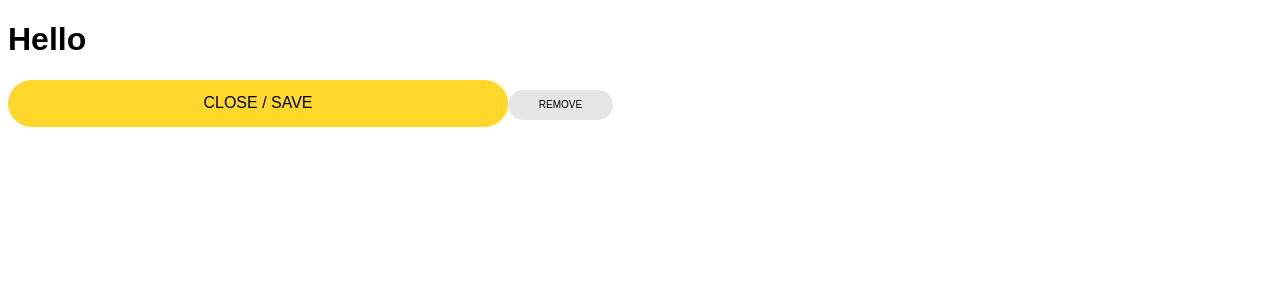
Repository: hanss007/fav-note
Page: /
An editor plug-in stored every save of this project. The page is shown before and after the next save, followed by the edit.
The browser window is 1280 px wide. The pictures show the whole page.
The project was rebuilt for these pictures with package versions that can differ from the ones it lists, and the page was loaded fresh each time.

Above is the page before, as saved 2020-11-17 09:28:59.

### src/index.js
import React from 'react';
import ReactDOM from 'react-dom';
import Root from 'view/Root/Root';

ReactDOM.render(<Root />, document.getElementById('root'));

### src/view/Root/Root.js
import React from 'react';
import Button from 'components/Button/Button';
import GlobalStyle from 'theme/GlobalStyle';

const Root = () => (
  <div>
    <GlobalStyle />
    <h1>Hello</h1>
    <Button width="500px">Close / Save</Button>
    <Button secondary>Remove</Button>
  </div>
);

export default Root;

### src/components/Button/Button.js
import styled, { css } from 'styled-components';

const Button = styled.button`
  padding: 0;
  background-color: #ffd82b;
  width: ${({ width }) => width || '220px'};
  height: 47px;
  border: none;
  border-radius: 50px;
  font-family: 'Montserrat', sans-serif;
  font-weight: 500;
  font-size: 16px;
  text-transform: uppercase;
  ${({ secondary }) =>
    secondary &&
    css`
      background-color: #e6e6e6;
      width: 105px;
      height: 30px;
      font-size: 10px;
    `}
`;

export default Button;

### src/theme/GlobalStyle.js
import { createGlobalStyle } from 'styled-components';

const GlobalStyle = createGlobalStyle`

@import url('https://fonts.googleapis.com/css2?family=Montserrat:wght@300;500;600&display=swap');

*,*::before,*::after {
    box-sizing:border-box;
}
html {
    font-size: 62.5%;  // 1rem === 10px tzw happy rems
}

body {
    font-size: 1.6rem;
    font-family: "Montserrat", sans-serif;
}

`;

export default GlobalStyle;

Loaded but not shown: public/index.html (common file)

After the next save:
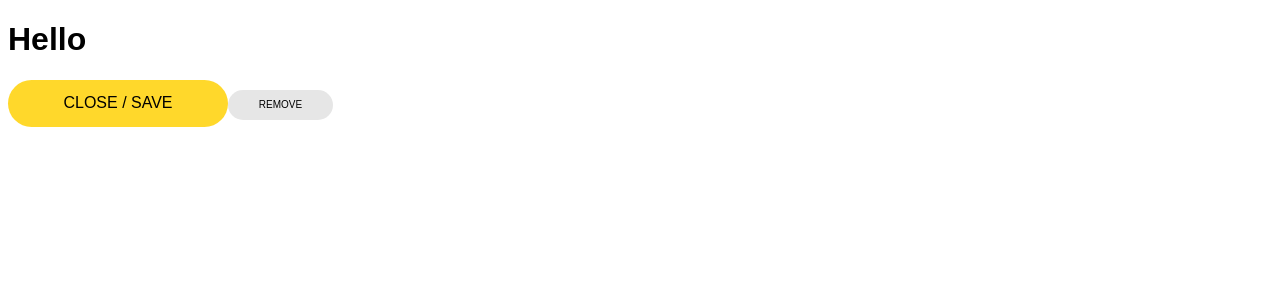
Saved 27 s later.
--- a/src/view/Root/Root.js
+++ b/src/view/Root/Root.js
@@ -6,7 +6,7 @@ const Root = () => (
   <div>
     <GlobalStyle />
     <h1>Hello</h1>
-    <Button width="500px">Close / Save</Button>
+    <Button>Close / Save</Button>
     <Button secondary>Remove</Button>
   </div>
 );
